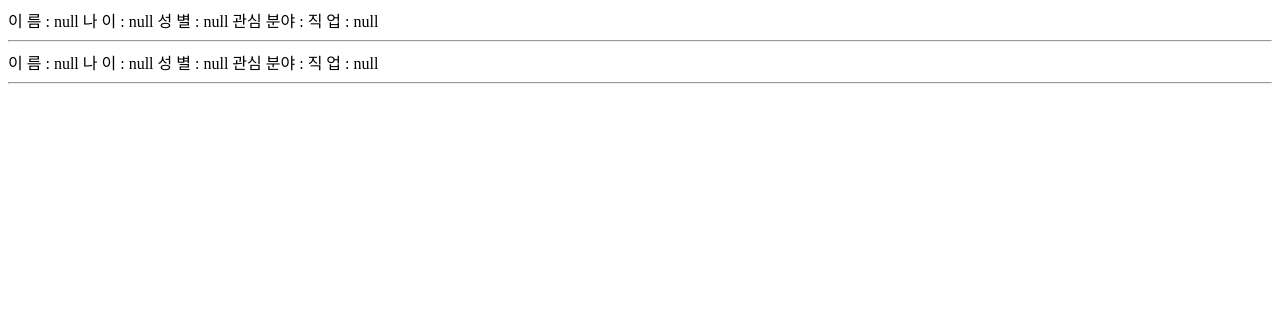
Repository: LEENYAMNYAM/JSP
Page: http://localhost/JSP_Project/exam/formResult.jsp
An editor plug-in stored every save of this project. The page is shown before and after the next save, followed by the edit.
The browser window is 1280 px wide. The pictures show the whole page.
The page is served by Tomcat 9.

Above is the page before, as saved 2025-02-27 05:41:12.

After the next save:
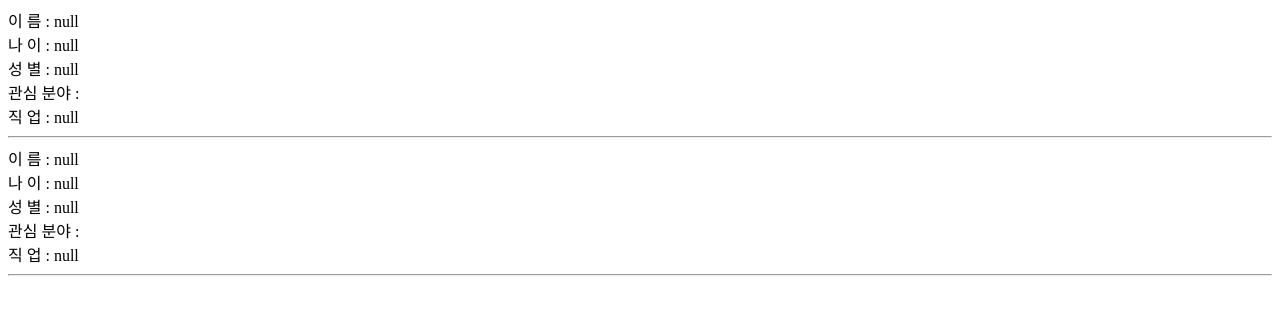
Saved 56 s later.
--- a/JSP_Project/src/main/webapp/exam/formResult.jsp
+++ b/JSP_Project/src/main/webapp/exam/formResult.jsp
@@ -22,18 +22,18 @@ String job = request.getParameter("job");
 %>
 <body>
 
-이    름 : <%=name %>
-나    이 : <%=age %>
-성    별 : <%=gender %>
-관심 분야 : <%=tmp %>
-직    업 : <%=job %>
+이    름 : <%=name %> <br/>
+나    이 : <%=age %> <br/>
+성    별 : <%=gender %> <br/>
+관심 분야 : <%=tmp %> <br/>
+직    업 : <%=job %> <br/>
 <hr/>
 <!-- 굳이 여러번 사용안되면 위에 부분 작정할 필요없이 바로 request.getParameter 해도 됨. -->
-이    름 : <%=request.getParameter("name") %>
-나    이 : <%=request.getParameter("age") %>
-성    별 : <%=request.getParameter("gender") %>
-관심 분야 : <%=tmp %>
-직    업 : <%=request.getParameter("job") %>
+이    름 : <%=request.getParameter("name") %> <br/>
+나    이 : <%=request.getParameter("age") %> <br/>
+성    별 : <%=request.getParameter("gender") %> <br/>
+관심 분야 : <%=tmp %> <br/>
+직    업 : <%=request.getParameter("job") %> <br/>
 <hr/>
 
 </body>
